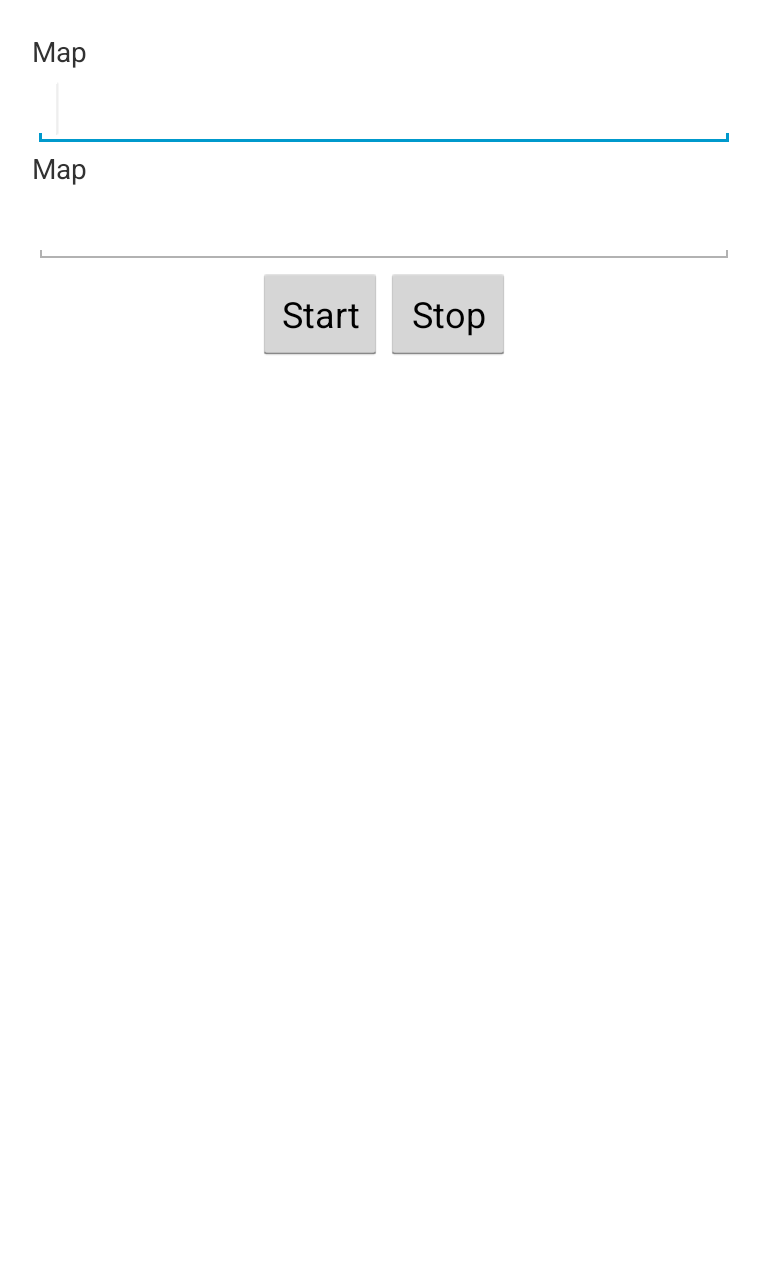
Repository: choll03/mobile_programming
Layout: Gps/res/layout/activity_main.xml
These files come from the project's save history. The layout is drawn as it stood at one moment and after the next save; the edit follows.
It is drawn on a 768 x 1280 px phone screen (xhdpi) without system bars, with theme AppTheme; the app's code is not run.

Above is the layout before, as saved 2019-05-01 10:22:54.

### Gps/res/layout/activity_main.xml
<RelativeLayout xmlns:android="http://schemas.android.com/apk/res/android"
    xmlns:tools="http://schemas.android.com/tools"
    android:layout_width="match_parent"
    android:layout_height="match_parent"
    android:layout_marginTop="20"
    android:paddingBottom="@dimen/activity_vertical_margin"
    android:paddingLeft="@dimen/activity_horizontal_margin"
    android:paddingRight="@dimen/activity_horizontal_margin"
    android:paddingTop="@dimen/activity_vertical_margin" >

    <LinearLayout
        android:id="@+id/linearLayout1"
        android:layout_width="match_parent"
        android:layout_height="wrap_content"
        android:layout_alignParentLeft="true"
        android:layout_alignParentTop="true"
        android:orientation="vertical" >

        <TextView
            android:id="@+id/textView1"
            android:layout_width="match_parent"
            android:layout_height="wrap_content"
            android:layout_alignParentLeft="true"
            android:layout_alignParentTop="true"
            android:text="Map" />

        <EditText
            android:id="@+id/longitudeEditText"
            android:layout_width="match_parent"
            android:layout_height="wrap_content"
            android:ems="10" >

            <requestFocus />
        </EditText>

    </LinearLayout>

    <LinearLayout
        android:id="@+id/linearLayout2"
        android:layout_width="match_parent"
        android:layout_height="wrap_content"
        android:orientation="vertical"
        android:layout_below="@+id/linearLayout1">

        <TextView
            android:id="@+id/textView2"
            android:layout_width="wrap_content"
            android:layout_height="wrap_content"
            android:layout_alignParentLeft="true"
            android:layout_alignParentTop="true"
            android:text="Map" />

        <EditText
            android:id="@+id/latitudeEditText"
            android:layout_width="match_parent"
            android:layout_height="wrap_content"
            android:ems="10" />
    </LinearLayout>

    <LinearLayout
        android:id="@+id/linearLayout3"
        android:layout_width="match_parent"
        android:layout_height="wrap_content"
        android:layout_alignParentLeft="true"
        android:layout_below="@+id/linearLayout2"
        android:gravity="center"
        android:orientation="horizontal" >

        <Button
            android:id="@+id/startButton"
            android:layout_width="wrap_content"
            android:layout_height="wrap_content"
            android:text="Start" />

        <Button
            android:id="@+id/stopButton"
            android:layout_width="wrap_content"
            android:layout_height="wrap_content"
            android:text="Stop" />

    </LinearLayout>

</RelativeLayout>

Loaded but not shown: Gps/res/values/styles.xml (common file); Gps/res/values-v11/styles.xml (common file); Gps/res/values-v14/styles.xml (common file); Gps/res/values/dimens.xml (common file); Gps/res/values-w820dp/dimens.xml (common file)

After the next save:
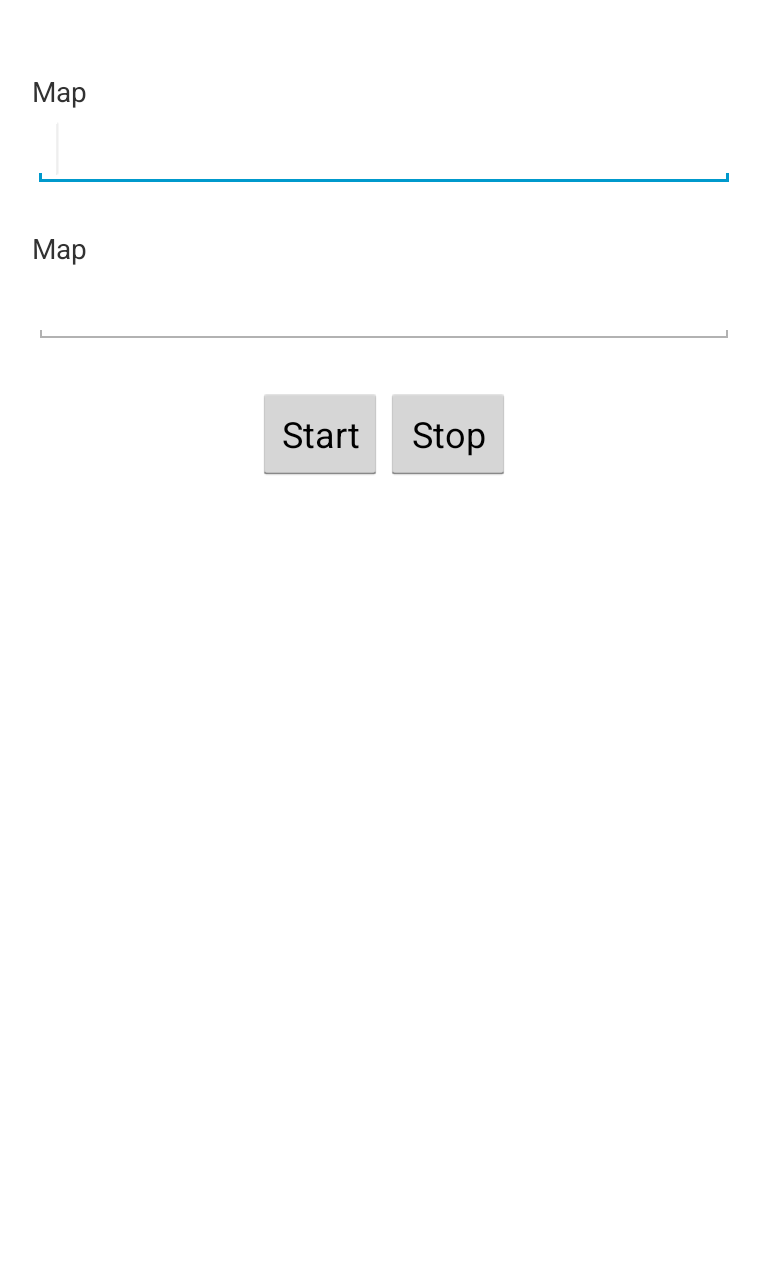
Saved 3 min 15 s later.
--- a/Gps/res/layout/activity_main.xml
+++ b/Gps/res/layout/activity_main.xml
@@ -2,7 +2,6 @@
     xmlns:tools="http://schemas.android.com/tools"
     android:layout_width="match_parent"
     android:layout_height="match_parent"
-    android:layout_marginTop="20"
     android:paddingBottom="@dimen/activity_vertical_margin"
     android:paddingLeft="@dimen/activity_horizontal_margin"
     android:paddingRight="@dimen/activity_horizontal_margin"
@@ -14,6 +13,7 @@
         android:layout_height="wrap_content"
         android:layout_alignParentLeft="true"
         android:layout_alignParentTop="true"
+        android:layout_marginTop="20dp"
         android:orientation="vertical" >
 
         <TextView
@@ -39,8 +39,9 @@
         android:id="@+id/linearLayout2"
         android:layout_width="match_parent"
         android:layout_height="wrap_content"
-        android:orientation="vertical"
-        android:layout_below="@+id/linearLayout1">
+        android:layout_below="@+id/linearLayout1"
+        android:layout_marginTop="20dp"
+        android:orientation="vertical" >
 
         <TextView
             android:id="@+id/textView2"
@@ -63,6 +64,7 @@
         android:layout_height="wrap_content"
         android:layout_alignParentLeft="true"
         android:layout_below="@+id/linearLayout2"
+        android:layout_marginTop="20dp"
         android:gravity="center"
         android:orientation="horizontal" >
 
